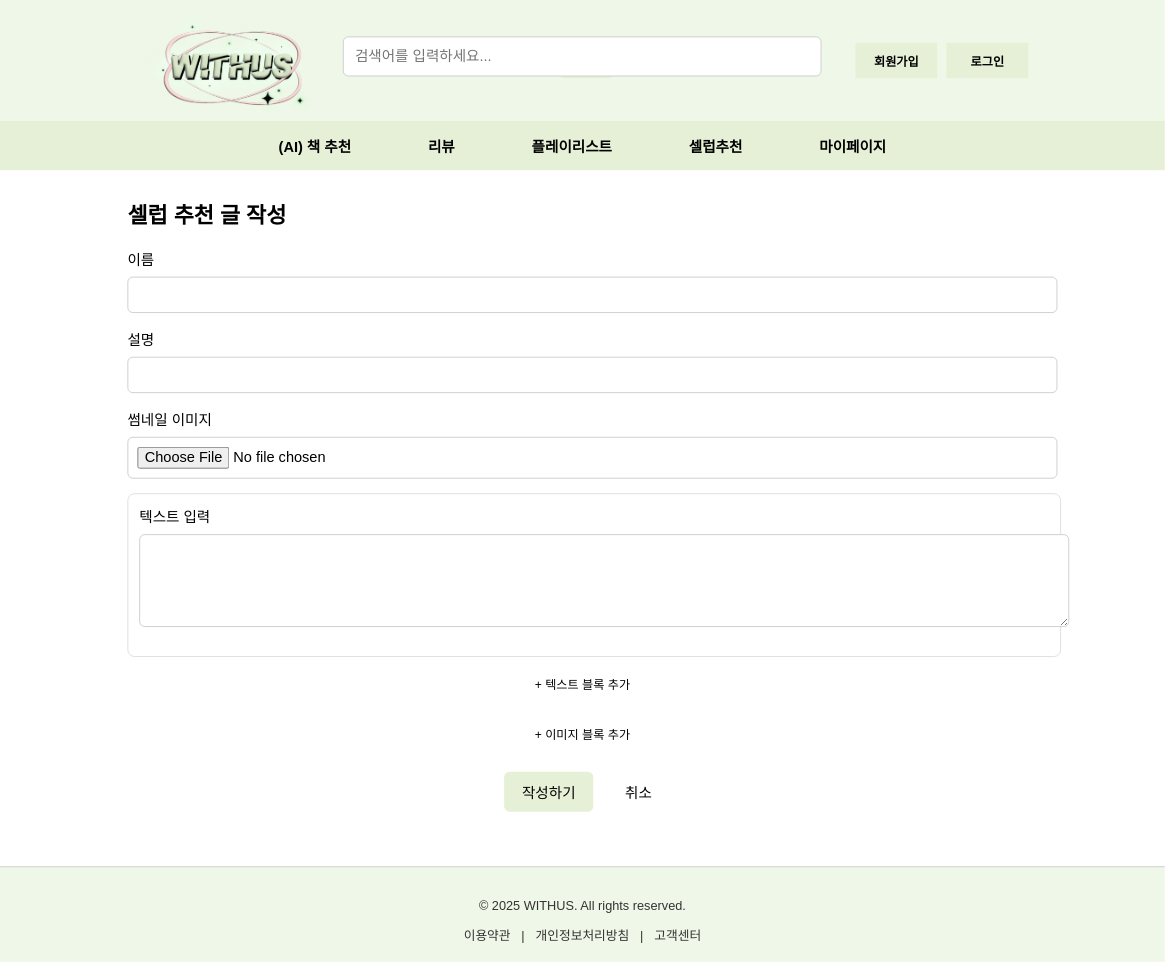
Repository: book-recommendation-team/book_recommendation_web_project
Page: http://localhost/2025_teamproject/celebForm.jsp
An editor plug-in stored every save of this project. The page is shown before and after the next save, followed by the edit.
The browser window is 1280 px wide. The pictures show the whole page, at 91% of full size.
The page is served by Tomcat 9.

Above is the page before, as saved 2025-07-03 02:25:41.

After the next save:
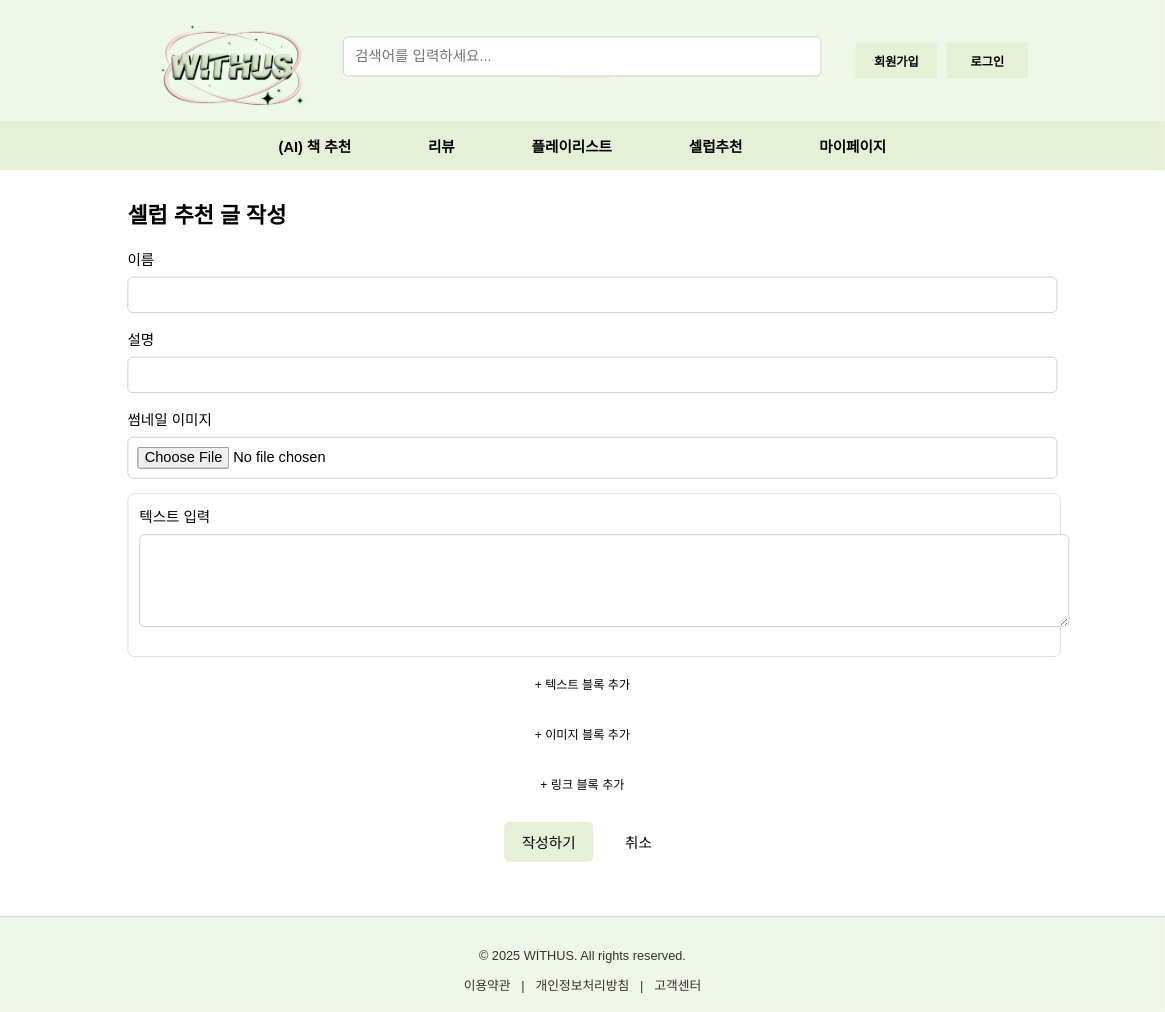
Saved 35 min 24 s later.
--- a/2025_teamproject/src/main/webapp/celebForm.jsp
+++ b/2025_teamproject/src/main/webapp/celebForm.jsp
@@ -137,6 +137,8 @@ input[type="text"], input[type="file"], textarea {
 					onclick="addEditorBlock('text')">+ 텍스트 블록 추가</button>
 				<button type="button" class="add-block-btn"
 					onclick="addEditorBlock('image')">+ 이미지 블록 추가</button>
+					<button type="button" class="add-block-btn"
+	onclick="addEditorBlock('link')">+ 링크 블록 추가</button>
 			</div>
 
 
@@ -159,29 +161,53 @@ input[type="text"], input[type="file"], textarea {
 	let blockCount = 1;
 
 	function addEditorBlock(type) {
-	    blockCount++;
-	    const editorArea = document.getElementById("editor-area");
-
-	    const blockDiv = document.createElement("div");
-	    blockDiv.className = "editor-block";
-
-	    if (type === "text") {
-	        blockDiv.innerHTML = `
-	            <label>텍스트 입력</label>
-	            <textarea name="contentBlock${blockCount}_text"></textarea>
-	        `;
-	    } else if (type === "image") {
-	        blockDiv.innerHTML = `
-	            <label>이미지 업로드</label>
-	            <input type="file" name="contentBlock${blockCount}_image" accept="image/*">
-	        `;
-	    } else {
-	        alert("알 수 없는 블록 타입입니다.");
-	        return;
-	    }
-
-	    editorArea.appendChild(blockDiv);
+		blockCount++;
+		const editorArea = document.getElementById("editor-area");
+
+		const blockDiv = document.createElement("div");
+		blockDiv.className = "editor-block";
+
+		if (type === "text") {
+			blockDiv.innerHTML = `
+				<label>텍스트 입력</label>
+				<textarea name="contentBlock${blockCount}_text"></textarea>
+			`;
+		} else if (type === "image") {
+			blockDiv.innerHTML = `
+				<label>이미지 업로드</label>
+				<input type="file" name="contentBlock${blockCount}_image" accept="image/*">
+			`;
+		} else if (type === "link") {
+			blockDiv.innerHTML = `
+				<label>책 제목</label>
+				<input type="text" name="contentBlock${blockCount}_title" />
+
+				<label>저자</label>
+				<input type="text" name="contentBlock${blockCount}_author" />
+
+				<label>출판사</label>
+				<input type="text" name="contentBlock${blockCount}_publisher" />
+
+				<label>발매일</label>
+				<input type="text" name="contentBlock${blockCount}_pubDate" placeholder="예: 2022.07.20" />
+
+				<label>책 표지 이미지</label>
+				<input type="file" name="contentBlock${blockCount}_image" accept="image/*" />
+
+				<label>책 링크</label>
+				<input type="text" name="contentBlock${blockCount}_link" placeholder="https://..." />
+
+				<label>설명</label>
+				<textarea name="contentBlock${blockCount}_desc"></textarea>
+			`;
+		} else {
+			alert("알 수 없는 블록 타입입니다.");
+			return;
+		}
+
+		editorArea.appendChild(blockDiv);
 	}
+
 </script>
 
 
